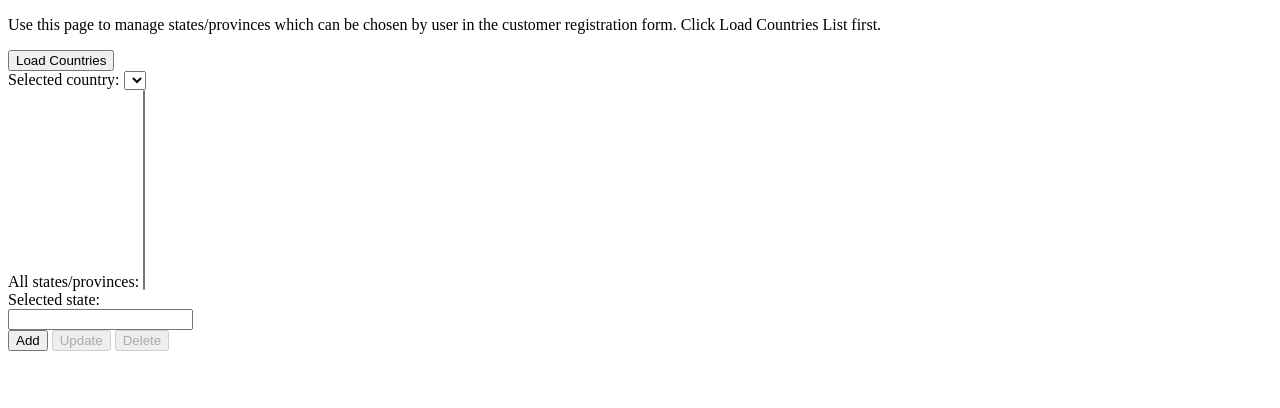
Repository: thanhadp24/mylocal
Page: http://localhost/settings/states
The author's editor kept a copy of each file at every save. The page is drawn from the files as they stood at one save, then again after the next save.
The browser window is 1280 px wide. The pictures show the whole page.
The page is this project's Thymeleaf template; nobody is signed in. The template is opened directly, without the code that normally fills it, so the values that code supplies are empty.

Above is the page before, as saved 2024-12-09 16:01:04.

### ShopappProject/ShopappWebParent/ShopappBackEnd/src/main/resources/templates/settings/states.html
<!DOCTYPE html>
<html xmlns:th="http://www.thymeleaf.org">
<body>
<div th:fragment="content" th:remove="tag">
	<div>
		<p>Use this page to manage states/provinces which can be chosen by user in the customer registration form.
		   Click Load Countries List first.
		</p>
	</div>
	<div>
		<input type="button" value="Load Countries" id="btnLoad" class="btn btn-primary">
	</div>
	<div class="form-group row">
		<label>Selected country:</label>
		<select class="form-control m-1" id="dropdownCountryForStates">
		</select>
	</div>
	<div class="form-group row">
		<label class="col-form-label mt-2">All states/provinces:</label>
		<select class="form-control" style="height: 200px" size="3">
		</select>
	</div>
	<div class="form-group row m-2">
		<label class="col-form-label mt-2">Selected state:</label>
		<div class="col-md mt-2">
			<input type="text" class="form-control" id="fieldCountryCode">
		</div>
		<div class="col-lg-4 mt-2">
			<input type="button" id="btnAdd" value="Add" class="btn btn-secondary">
			<input type="button" id="btnUpdate" value="Update" class="btn btn-secondary" disabled>
			<input type="button" id="btnDelete" value="Delete" class="btn btn-secondary" disabled>
		</div>
	</div>
</div>
</body>
</html>

After the next save:
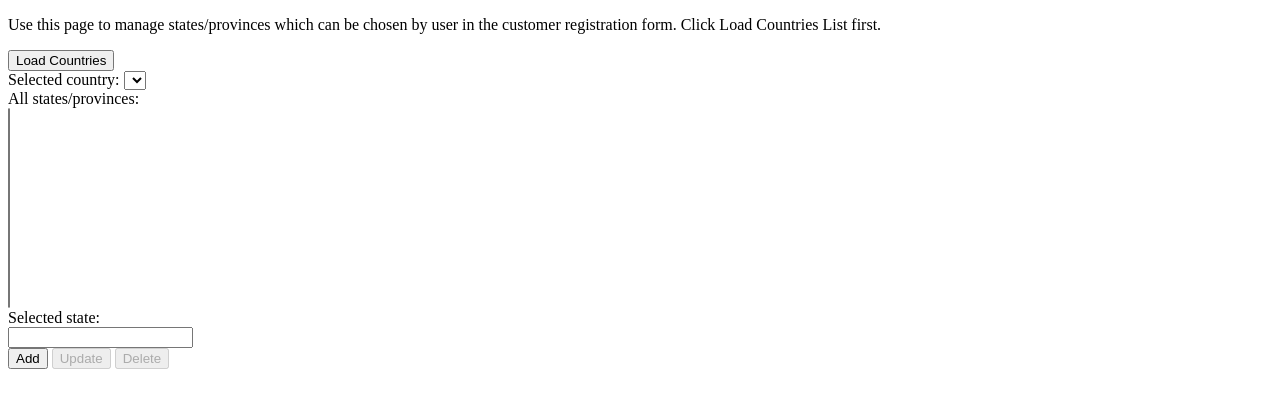
Saved 24 s later.
--- a/ShopappProject/ShopappWebParent/ShopappBackEnd/src/main/resources/templates/settings/states.html
+++ b/ShopappProject/ShopappWebParent/ShopappBackEnd/src/main/resources/templates/settings/states.html
@@ -17,8 +17,10 @@
 	</div>
 	<div class="form-group row">
 		<label class="col-form-label mt-2">All states/provinces:</label>
-		<select class="form-control" style="height: 200px" size="3">
-		</select>
+		<div>
+			<select class="form-control" style="height: 200px" size="3">
+			</select>
+		</div>
 	</div>
 	<div class="form-group row m-2">
 		<label class="col-form-label mt-2">Selected state:</label>
